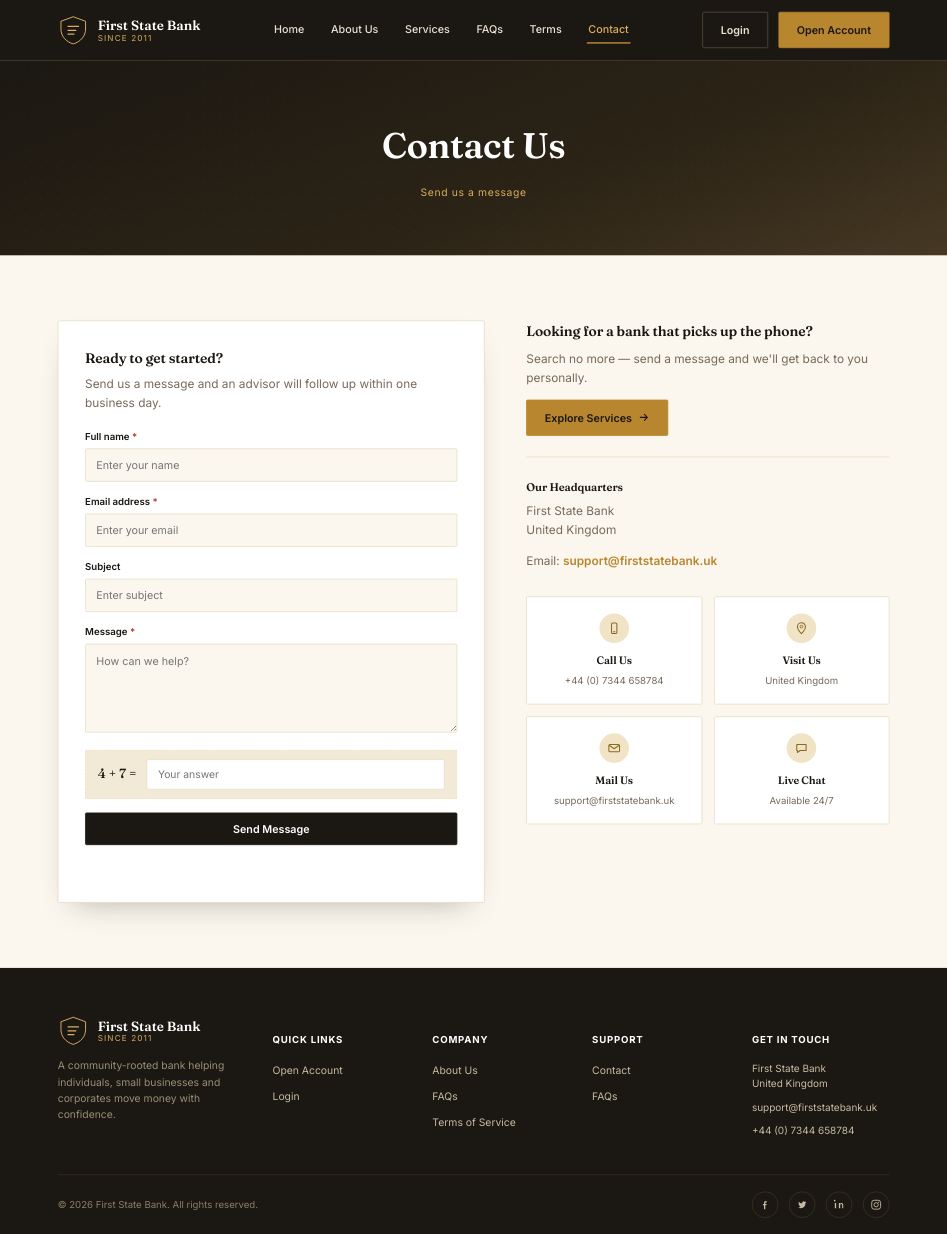
Repository: trenzyfx1/firststatebank
Page: contact.html
The author's editor kept a copy of each file at every save. The page is drawn from the files as they stood at one save, then again after the next save.
The browser window is 1280 px wide. The pictures show the whole page, at 74% of full size.

Above is the page before, as saved 2026-09-18 14:17:03.

After the next save:
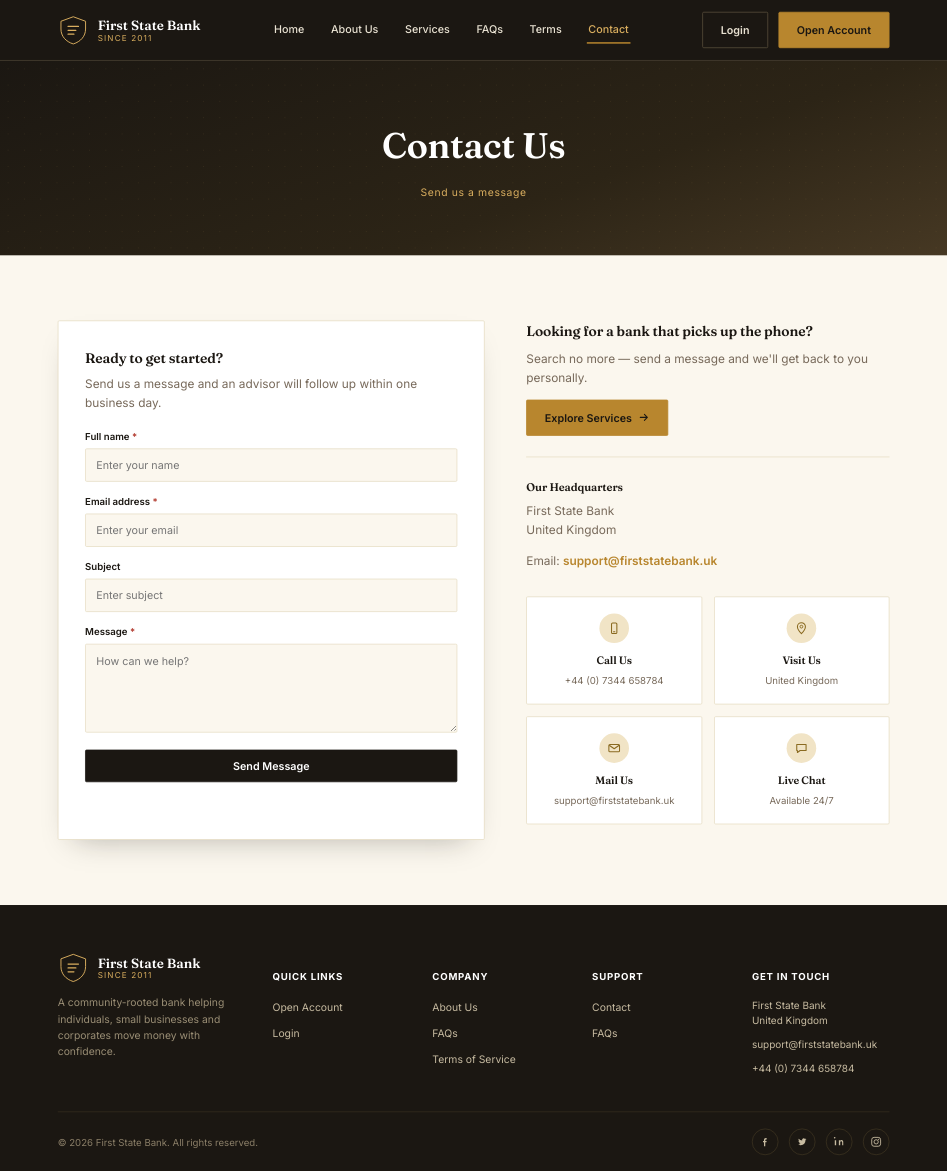
Saved 24 min 4 s later.
--- a/contact.html
+++ b/contact.html
@@ -91,10 +91,6 @@
     .field input,.field textarea{width:100%;padding:13px 14px;border:1px solid var(--border);border-radius:var(--radius);font-family:"Inter",sans-serif;font-size:14.5px;background:var(--cream);color:var(--text);transition:border-color .2s, background .2s;}
     .field input:focus,.field textarea:focus{outline:none;border-color:var(--gold);background:#fff;}
     .field textarea{min-height:120px;resize:vertical;}
-    .captcha-box{display:flex;align-items:center;gap:14px;background:var(--cream-2);border:1px dashed var(--border);padding:12px 16px;border-radius:var(--radius);margin-bottom:18px;}
-    .captcha-box .sum{font-family:"Fraunces",serif;font-size:18px;color:var(--ink);white-space:nowrap;}
-    .captcha-box input{flex:1;padding:11px 14px;border:1px solid var(--border);border-radius:var(--radius);background:#fff;font-size:14px;}
-    .captcha-box input:focus{outline:none;border-color:var(--gold);}
     .form-note{font-size:13px;color:var(--muted);margin-top:10px;min-height:18px;}
 
     .info-cards{display:grid;grid-template-columns:repeat(2,1fr);gap:16px;margin-top:36px;}
@@ -180,7 +176,6 @@
         <h3 style="margin-bottom:6px;">Ready to get started?</h3>
         <p style="margin-bottom:22px;">Send us a message and an advisor will follow up within one business day.</p>
 
-        <!-- FORMSPREE FORM -->
         <form id="contactForm"
               action="https://formspree.io/f/xgavvokw"
               method="POST"
@@ -203,10 +198,6 @@
           <div class="field">
             <label for="message">Message <span class="req">*</span></label>
             <textarea id="message" name="message" placeholder="How can we help?" required></textarea>
-          </div>
-          <div class="captcha-box">
-            <span class="sum" id="captchaSum">3 + 4 =</span>
-            <input id="captchaAnswer" type="number" placeholder="Your answer" required>
           </div>
           <button class="btn btn-dark" type="submit" style="width:100%;justify-content:center;" id="submitBtn">Send Message</button>
           <p class="form-note" id="formNote"></p>
@@ -292,28 +283,16 @@
     revealEls.forEach(function(el){ io.observe(el); });
   } else { revealEls.forEach(function(el){ el.classList.add('in'); }); }
 
-  /* Captcha + Formspree */
+  /* Contact form → Formspree */
   var cForm = document.getElementById('contactForm');
   if(cForm){
-    var a = Math.floor(Math.random()*8)+2;
-    var b = Math.floor(Math.random()*8)+2;
-    var sumEl = document.getElementById('captchaSum');
     var note = document.getElementById('formNote');
     var submitBtn = document.getElementById('submitBtn');
-    if(sumEl) sumEl.textContent = a + ' + ' + b + ' =';
 
     cForm.addEventListener('submit', async function(e){
       e.preventDefault();
-      var answer = document.getElementById('captchaAnswer');
       var email = document.getElementById('email').value.trim();
 
-      if(parseInt(answer.value,10) !== (a+b)){
-        note.textContent = "That sum doesn't look right — please try again.";
-        note.style.color = '#B23A2E';
-        return;
-      }
-
-      /* Set reply-to so support can reply straight to the sender */
       var replyto = cForm.querySelector('input[name="_replyto"]');
       if(replyto) replyto.value = email;
 
@@ -331,8 +310,6 @@
           note.textContent = 'Thanks — your message is on its way. An advisor will reply within one business day.';
           note.style.color = '#4C7A4A';
           cForm.reset();
-          a = Math.floor(Math.random()*8)+2; b = Math.floor(Math.random()*8)+2;
-          if(sumEl) sumEl.textContent = a + ' + ' + b + ' =';
         } else {
           note.textContent = 'Something went wrong. Please try again, or email support@firststatebank.uk.';
           note.style.color = '#B23A2E';
